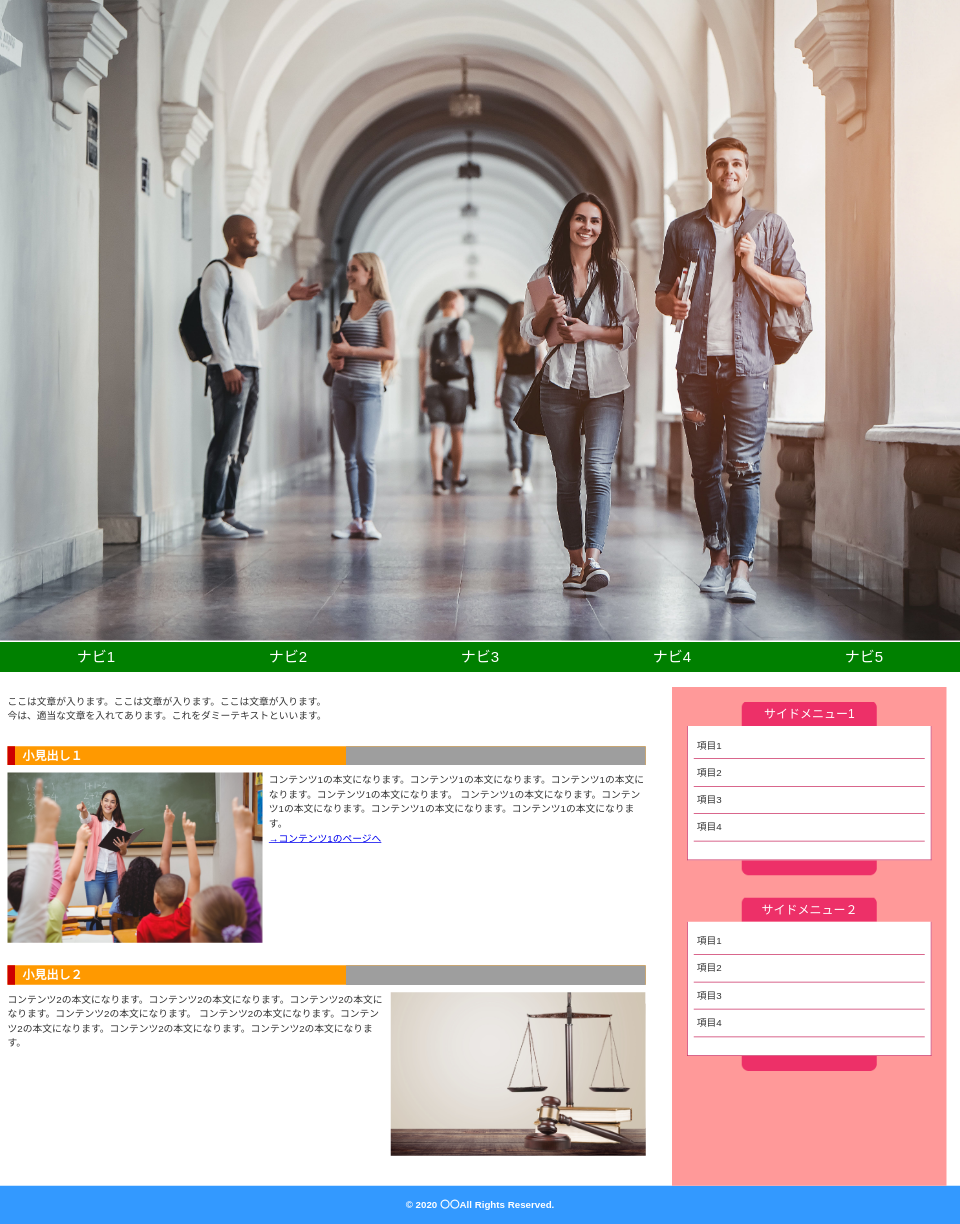
Repository: YokoInoue-u/samurai_HTML-CSS
Page: home.1.html
The author's editor kept a record of every edit. The page is drawn from the files as they stood at one moment, then again after the next edit.
The browser window is 1280 px wide. The pictures show the whole page, at 75% of full size.
Pictures or frames that could not be fetched are drawn as grey boxes.

Above is the page before.

After the next edit:
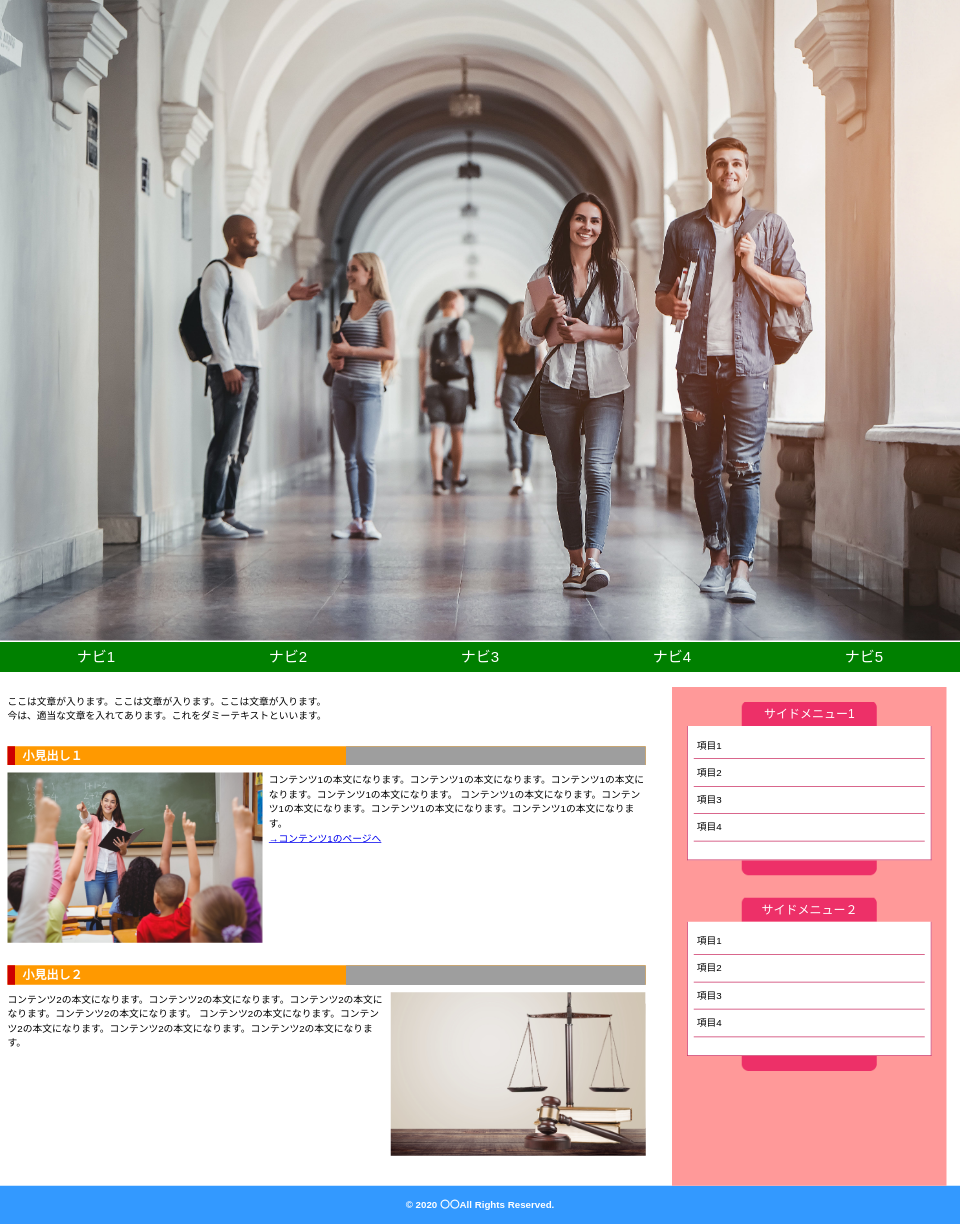
The edit:
--- a/stylesheet.1.css
+++ b/stylesheet.1.css
@@ -4,7 +4,7 @@
 	margin: 0;
 	padding: 0;
 	font-family: "ヒラギノ角ゴ Pro W3", "Hiragino Kaku Gothic Pro", "メイリオ", Meiryo, Osaka, "ＭＳ Ｐゴシック", "MS PGothic", sans-serif;
-	color: #333;
+	/* color: #333;*/
 	font-size: 13px;
 	line-height: 150%;
 }
